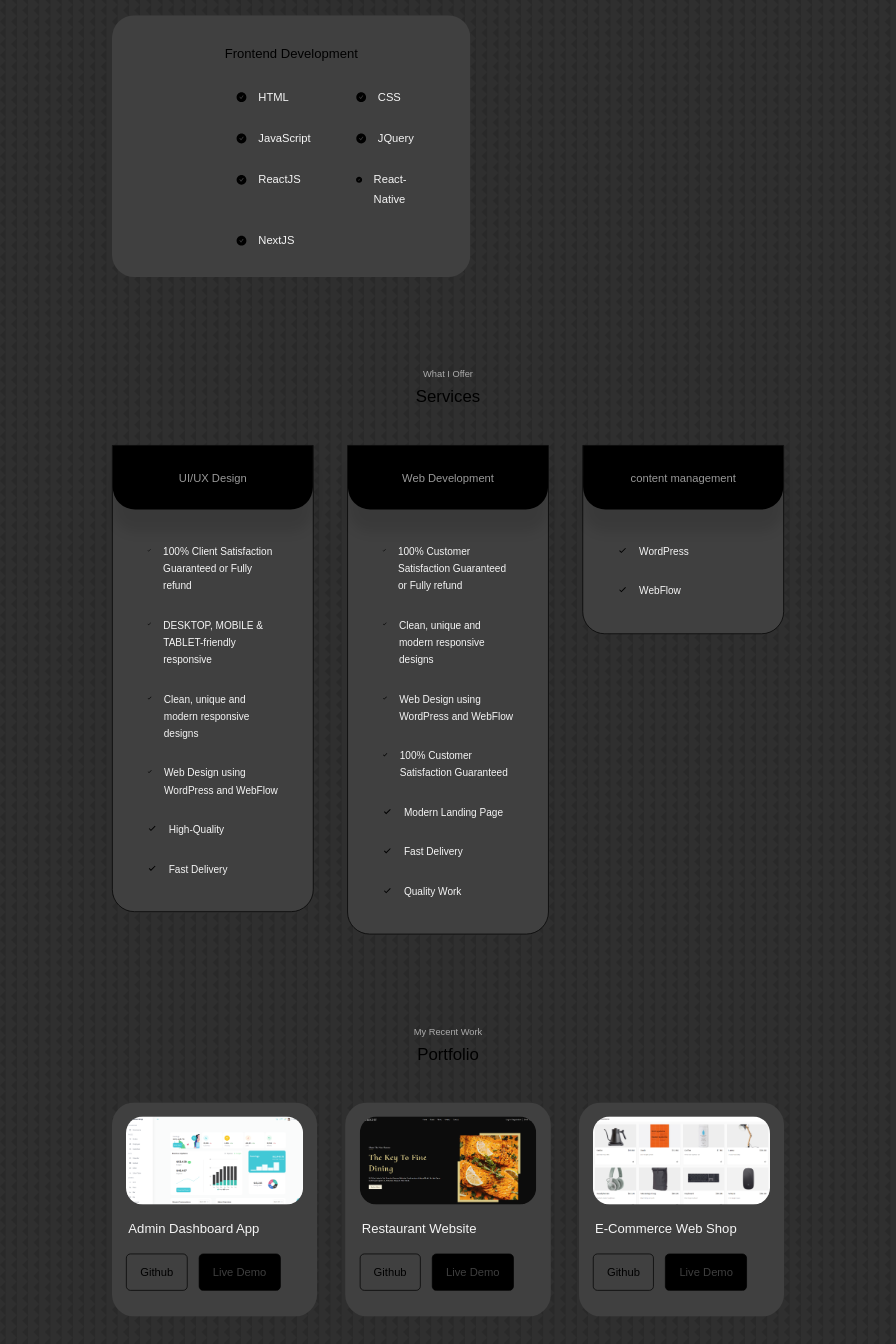
Repository: Z-Bahaa/project_joker_react_portfolio
Page: /
These files come from the project's save history. The page is drawn as it stood at one moment and after the next save; the edit follows.
The browser window is 1280 px wide. The pictures show the part of the page from y = 1657 to 3577 px (the page is 5217 px tall before and 5158 px after), at 70% of full size.
Some web fonts or font styles are not loaded; a fallback is used. The project was rebuilt for these pictures with package versions that can differ from the ones it lists, and the page was loaded fresh each time. Imported but missing from the stored project, and not drawn on this page: src/assets/resume.pdf.

Above is the page before, as saved 2023-08-20 23:13:22.

After the next save:
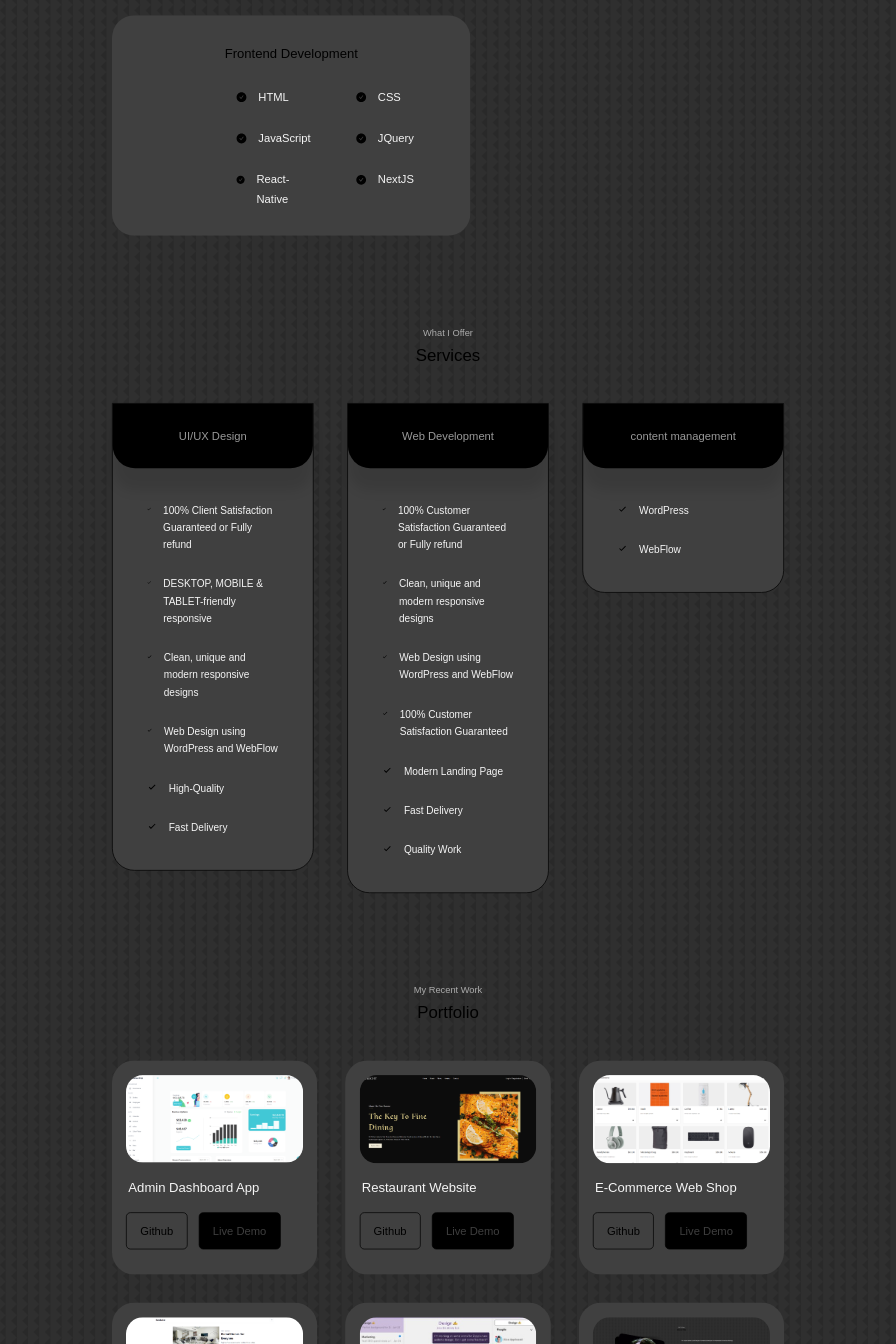
Saved 8 s later.
--- a/src/data/experiences.js
+++ b/src/data/experiences.js
@@ -125,11 +125,6 @@
     "level": ""
   },
   {
-    "name": "ReactJS",
-    "experience": "",
-    "level": ""
-  },
-  {
     "name": "React-Native",
     "experience": "",
     "level": ""
